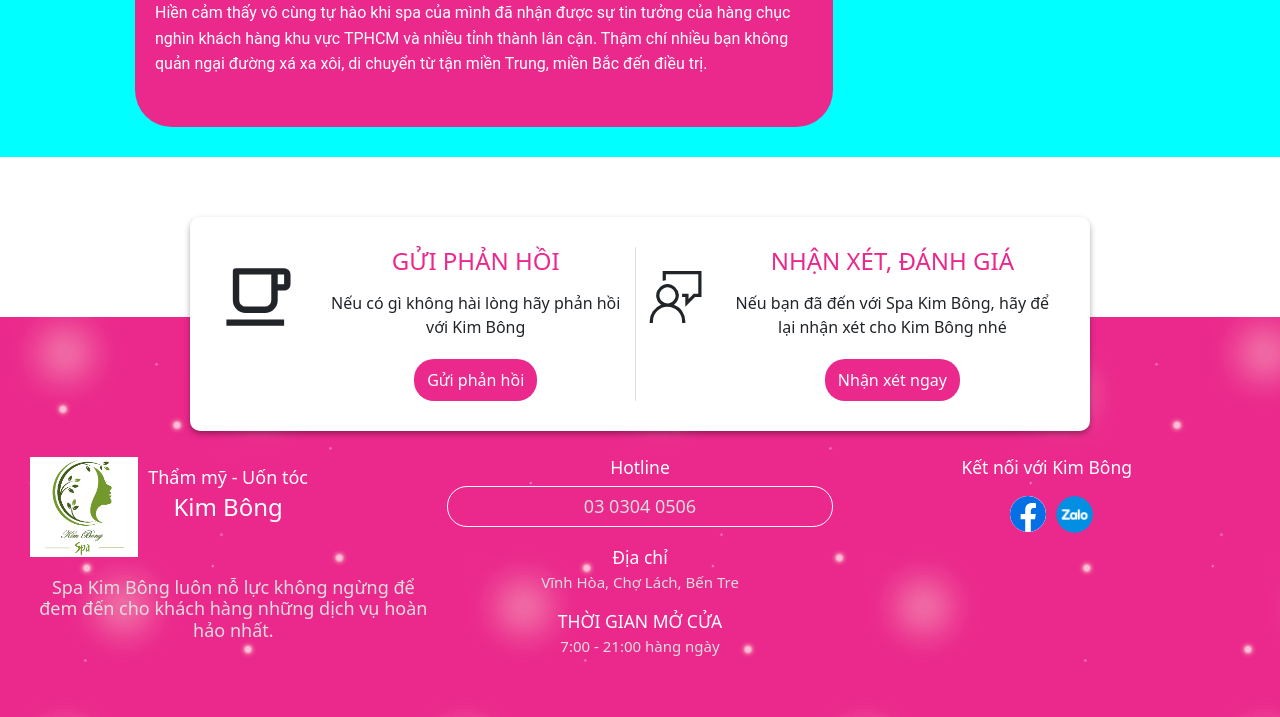
Repository: tranduykhuong/SpaKimBong
Page: /about
The author's editor kept a copy of each file at every save. The page is drawn from the files as they stood at one save, then again after the next save.
The browser window is 1280 px wide. The pictures show the part of the page from y = 938 to 1655 px (the page is 1655 px tall before and 1650 px after).
The project was rebuilt for these pictures with package versions that can differ from the ones it lists, and the page was loaded fresh each time. Also part of the build but not shown: src/components/Header/Slider/slider.scss, src/components/Header/Slider/Slider.js, src/components/Header/ListImage/listImage.scss, src/components/Header/ListImage/ListImage.js, src/pages/Home/home.scss, src/pages/Home/ListImage/listImage.scss, src/pages/Home/ListImage/ListImage.js, src/pages/Home/BookOnline/bookOnl.scss and 6 more.

Above is the page before, as saved 2022-06-02 21:56:21.

### src/App.js
import "./App.css";
import Header from "./components/Header/Header";
import Home from "./pages/Home/Home";
import "bootstrap/dist/css/bootstrap.min.css";
import { Route, Routes } from "react-router-dom";
import About from "./pages/About/About";

function App() {
  return (
    <div className="App">
      <Header />
      <Routes>
        <Route path="/" element={<Home />} />
        <Route path="/about" element={<About />} />
      </Routes>
    </div>
  );
}

export default App;

### src/components/Header/Header.js
import React, { useEffect, useState } from "react";
import "./header.scss";
import { BsSearch, BsFacebook } from "react-icons/bs";
import { BiPhoneCall } from "react-icons/bi";
import Slider from "./Slider/Slider";
import ListImage from "./ListImage/ListImage";
import { Link, useLocation } from "react-router-dom";

function Header() {
  const path = useLocation().pathname;
  const [fixedNavbar, setFixedNavbar] = useState(false);

  useEffect(() => {
    // set fixed navbar
    const handleScroll = () => {
      if (window.scrollY < 1) {
        setFixedNavbar(true);
      }

      if (window.scrollY > 170) setFixedNavbar(true);
      else setFixedNavbar(false);
    };

    window.addEventListener("scroll", handleScroll);

    // cleanup function
    return () => {
      window.removeEventListener("scroll", handleScroll);
    };
  }, []);

  return (
    <div className="header">
      <div className={"infor " + (fixedNavbar ? "mg-navbar" : "")}>
        <div className="logo">
          <img src="../../img/logoSpa.png" alt="" />
          <div className="nameSpa">
            <h4>Thẩm mỹ - Uốn tóc</h4>
            <h2>Kim Bông</h2>
          </div>
        </div>

        <div className="search">
          <input type="text" placeholder="Tìm kiếm sản phẩm/ bài viết ..." />
          <a className="icon">
            <BsSearch className="iconSearch" />
          </a>
        </div>

        <div className="contact">
          <a href="/" className="icon">
            <BsFacebook className="iconFacebook" />
          </a>
          <a href="/" className="icon">
            <img src="../../img/Zalo.png" alt="" className="iconZalo" />
          </a>

          <div className="phone">
            <BiPhoneCall className="iconPhone" />
            <h3>03 0304 0506</h3>
          </div>
        </div>
      </div>
      <div className={"myNavbar " + (fixedNavbar ? "fixedNavbar" : "")}>
        <div className="navbarContent">
          <ul className="navbarList">
            <li className={path === "/" ? "active" : ""}>
              <Link to="/">TRANG CHỦ</Link>
            </li>
            <li className={path === "/about" ? "active" : ""}>
              <Link to="/about">GIỚI THIỆU</Link>
            </li>
            <li className={path === "/skin" ? "active" : ""}>
              <Link to="/">CHĂM SÓC DA</Link>
            </li>
            <li className={path === "/acne" ? "active" : ""}>
              <Link to="/">TRỊ MỤN</Link>
            </li>
            <li className={path === "/open-time" ? "active" : ""}>
              <Link to="/">LỊCH MỞ CỬA</Link>
            </li>
          </ul>
        </div>
      </div>
      {/* <Slider /> */}
      {/* <ListImage /> */}
    </div>
  );
}

export default Header;

### src/pages/About/About.js
import "./About.scss";
import React from "react";
import Footer from "./../../components/Footer/Footer";

const About = () => {
  return (
    <div>
      <div className="container1">
        <div className="container-image"></div>

        <div className="container-content">
          <div className="content-left">
            <div className="title">
              <h1>HIỀN VÂN SPA XUẤT PHÁT TỪ NIỀM ĐAM MÊ & KẾT QUẢ CỦA SỰ NỖ LỰC</h1>
            </div>
            <div className="box">
              <div className="box-content-img">
                <div className="box-img">
                  <img width={200} height={100} src="https://i.pinimg.com/originals/2c/84/5a/2c845a66b8ad2a8aafd288bdc16cd459.jpg"></img>
                </div>
                <div className="box-content">
                  <p>Hiền cảm thấy vô cùng tự hào khi spa của mình đã nhận được sự tin tưởng của hàng chục nghìn khách hàng khu vực TPHCM và nhiều tỉnh thành lân cận. Thậm chí nhiều bạn không quản ngại đường xá xa xôi, di chuyển từ tận miền Trung, miền Bắc đến điều trị.</p>
                </div>
              </div>
            </div>
          </div>
          <div className="image-right"></div>
        </div>
      </div>

      <Footer />
    </div>
  );
};

export default About;

### src/components/Header/header.scss
$height-navbar: 5rem;

.header {
    .mg-navbar {
        margin-bottom: $height-navbar;
    }

    .infor {
        max-width: 1200px;
        padding: .6rem 0;
        display: flex;
        justify-content: space-between;

        .logo {
            display: flex;
            flex: 1;

            img {
                height: 10rem;
            }

            .nameSpa {
                color: #eb288c;
                margin: auto 0;

                h4 {
                    font-size: 1.8rem;
                    font-weight: 500;
                }

                h2 {
                    font-size: 2.4rem;
                }
            }
        }


        .search {
            margin: auto 0;
            border-radius: 50px;
            border: solid .1rem #eb288c;
            height: 37px;
            display: flex;

            input {
                font-size: 1.4rem;
                margin: auto 16px;
                min-width: 26rem;
                border: none;
                outline: none;
            }

            .icon {
                margin: auto 10px;
                cursor: pointer;
            }

            .iconSearch {
                width: 1.8rem;
                height: 1.8rem;
                color: #eb288c;

                &:hover {
                    color: #f867b2;
                }
            }
        }

        .contact {
            display: flex;
            margin-left: 20px;

            .icon {
                margin: auto 0;
                margin-left: 10px;

            }

            .iconFacebook {
                width: 2.8rem;
                height: 2.8rem;
                color: rgba($color: #0570e6, $alpha: 1.0);
            }

            .iconZalo {
                width: 2.8rem;
                height: 2.8rem;
                border-radius: 50%;
            }

            .phone {
                margin: auto 0;
                margin-left: 20px;
                display: flex;

                .iconPhone {
                    width: 2.6rem;
                    height: 2.6rem;
                }

                h3 {
                    font-size: 1.4rem;
                    font-weight: 500;
                    margin: auto 4px;
                }
            }

        }
    }

    .fixedNavbar {
        position: fixed;
        top: 0;
        left: 0;
        z-index: 50;
        width: 100%;
        animation: fixedNavbar 1s forwards;
    }

    @keyframes fixedNavbar {
        from {
            top: -5rem;
            opacity: 0;
        }

        to {
            top: 0;
            opacity: 1;
        }
    }

    .myNavbar {
        height: $height-navbar;
        background-color: #eb288c;

        .navbarContent {
            max-width: 1200px;
            margin: 0 auto;

            .navbarList {
                display: flex;
                margin: 0 1rem;
                // justify-content: space-evenly;

                li {
                    list-style: none;

                    a {
                        line-height: $height-navbar;
                        height: $height-navbar;
                        display: block;
                        color: #fff;
                        font-size: 1.6rem;
                        font-weight: 600;
                        text-decoration: none;
                        padding: 0 2rem;
                    }

                    &:hover {
                        background-color: #f844a1;
                        cursor: pointer;
                    }
                }

                .active {
                    background-color: #dd0876;
                }
            }
        }
    }
}

### src/components/Footer/Footer.js
import React, { useEffect } from "react";
import "./footer.scss";
import { BsFacebook } from "react-icons/bs";
import { RiCupLine } from "react-icons/ri";
import { VscFeedback } from "react-icons/vsc";

const Footer = () => {
  return (
    <div className="footer">
      <div className="logo">
        <div className="info">
          <img src="../../img/logoSpa.png" alt="" />
          <div className="nameSpa">
            <h4>Thẩm mỹ - Uốn tóc</h4>
            <h2>Kim Bông</h2>
          </div>
        </div>

        <h5>
          Spa Kim Bông luôn nỗ lực không ngừng để đem đến cho khách hàng những
          dịch vụ hoàn hảo nhất.
        </h5>
      </div>

      <div className="address">
        <h3>Hotline</h3>
        <div className="hotline">03 0304 0506</div>
        <h3>Địa chỉ</h3>
        <h4>Vĩnh Hòa, Chợ Lách, Bến Tre</h4>
        <h3>THỜI GIAN MỞ CỬA</h3>
        <h4>7:00 - 21:00 hàng ngày</h4>
      </div>
      <div className="contact">
        <h3>Kết nối với Kim Bông</h3>
        <a href="/" className="icon">
          <BsFacebook className="iconFacebook" />
        </a>
        <a href="/" className="icon">
          <img src="../../img/Zalo.png" alt="" className="iconZalo" />
        </a>
      </div>

      <div className="subFooter">
        <div className="report">
          <RiCupLine className="icon" />
          <div>
            <h3>Gửi phản hồi</h3>
            <p>Nếu có gì không hài lòng hãy phản hồi với Kim Bông</p>
            <div className="btn">Gửi phản hồi</div>
          </div>
        </div>
        <div className="feedback">
          <VscFeedback className="icon" />
          <div>
            <h3>Nhận xét, Đánh giá</h3>
            <p>
              Nếu bạn đã đến với Spa Kim Bông, hãy để lại nhận xét cho Kim Bông
              nhé
            </p>
            <div className="btn">Nhận xét ngay</div>
          </div>
        </div>
      </div>
    </div>
  );
};

export default Footer;

### src/pages/About/About.scss
.container1 {
  .container-image {
    width: 100%;
    height: 400px;
    // padding: 5rem;
    // display: flex;
    align-items: center;
    justify-content: center;
    background-image: url("https://i.pinimg.com/originals/2c/84/5a/2c845a66b8ad2a8aafd288bdc16cd459.jpg");
  }

  .container-content {
    display: flex;
    width: 100%;
    background-color: aqua;

    .content-left {
      width: 60%;
      padding: 0 35px 30px;
      margin-left: 100px;
      text-align: left;

      .title {
        margin: 30px 0;
        h1 {
          font-size: 3rem;
          font-weight: bolder;
          line-height: 1.6;
        }
      }

      .box{
        .box-content-img{
          background-color: #eb288c;
          border-radius: 37px;

          .box-img{
            padding: 20px 20px 0 20px;

            img{
              width: 100%;
              height: 200px;
            }
          }

          .box-content{
            padding: 0 20px 40px 20px;

            p{
              font: 16px Roboto, sans-serif;
              line-height: 1.6;
              color: white;
              // font-weight: 500;
            }
          }
        }

      }
    }
  }
}

### src/components/Footer/footer.scss
$title-color: #fff;

.footer {
    background-image: url(../../../public/img/sparkle1.png), url(../../../public/img/sparkle2.png);
    width: 100%;
    height: 400px;
    background-color: #eb288c;
    animation: sparkle 60s linear infinite;
    padding: 14rem 3rem 0;
    display: flex;
    justify-content: space-around;
    position: relative;
    margin-top: 16rem;

    .logo {
        flex: 1;

        .info {
            display: flex;

            img {
                height: 10rem;
            }

            .nameSpa {
                color: $title-color;
                margin: 1rem;

                h4 {
                    font-size: 1.8rem;
                    font-weight: 500;
                }

                h2 {
                    font-size: 2.4rem;
                }
            }
        }

        h5 {
            margin: 2rem .6rem;
            font-size: 1.8rem;
            font-weight: 400;
            color: #ddd;
        }
    }

    .contact {
        flex: 1;

        h3 {
            margin-bottom: 1.8rem;
            color: $title-color;
        }

        .icon {
            margin: auto 0;
            margin-left: 10px;

        }

        .iconFacebook {
            width: 3.6rem;
            height: 3.6rem;
            color: rgba($color: #0570e6, $alpha: 1.0);
            background-color: $title-color;
            border-radius: 50%;
        }

        .iconZalo {
            width: 3.7rem;
            height: 3.7rem;
            border-radius: 50%;
        }
    }

    .address {
        color: #ddd;
        flex: 1;

        h3 {
            // margin-bottom: 2rem;
            color: $title-color;
        }

        h4 {
            margin-bottom: 2rem;
        }

        .hotline {
            padding: .6rem;
            font-size: 1.8rem;
            margin: .8rem 1rem 2rem;
            border: 1px solid $title-color;
            border-radius: 2rem;

            &:hover {
                color: $title-color;
                cursor: pointer;
            }
        }
    }

    @keyframes sparkle {
        0% {
            background-position: 0px 0px, 0px 0px, 0px 0px;
        }

        100% {
            background-position: -500px -1000px, -400px -400px, 300px 300px;
        }
    }

    .subFooter {
        width: 100%;
        max-width: 90rem;
        min-height: 20rem;
        box-shadow: 0 3px 6px -4px rgba(0, 0, 0, 0.2), 0 3px 6px rgba(0, 0, 0, 0.3);

        background-color: #fff;
        border-radius: 1rem;
        z-index: 50;
        top: -10rem;
        left: 50%;
        transform: translateX(-50%);
        position: absolute;
        display: flex;
        padding: 3rem;
        justify-content: space-around;

        .report,
        .feedback {
            display: flex;
            flex: 1;
            justify-content: center;

            h3 {
                text-transform: uppercase;
                font-size: 2.4rem;
                color: #eb288c;
            }

            p {
                font-size: 1.6rem;
                padding: 1rem;
            }

            .icon {
                height: 10rem;
                width: 10rem;
                margin-right: 2rem;
            }

            .btn {
                padding: 0.8rem 1.2rem;
                background-color: #eb288c;
                border-radius: 2rem;
                font-size: 1.6rem;
                color: #fff;

                &:hover {
                    background-color: #cc1574;
                }
            }
        }

        .report {
            border-right: 1px solid #ddd;
        }

        .feedback {
            margin-left: 1rem;
        }
    }
}

Loaded but not shown: public/index.html (common file); src/index.js (common file); src/index.css (common file); src/reportWebVitals.js (common file); src/App.css (common file)

After the next save:
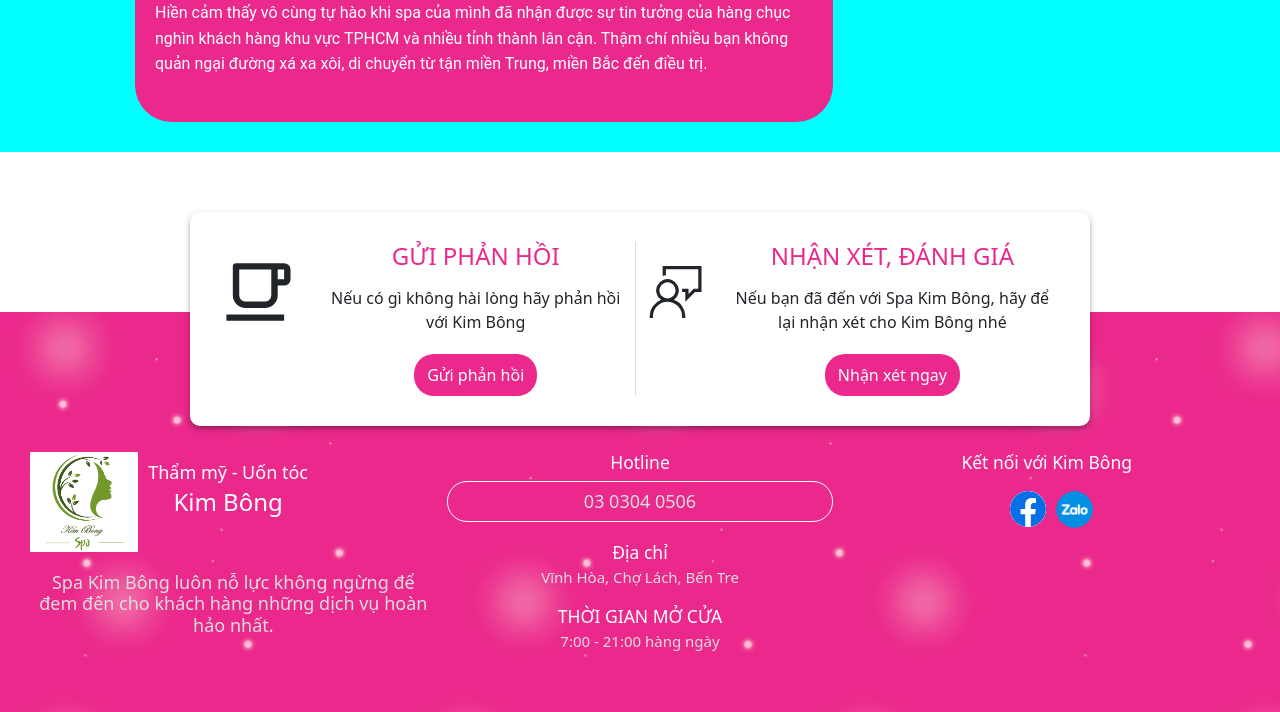
Saved 17 s later.
--- a/src/pages/About/About.scss
+++ b/src/pages/About/About.scss
@@ -44,7 +44,7 @@
           }
 
           .box-content{
-            padding: 0 20px 40px 20px;
+            padding: 0 20px 35px 20px;
 
             p{
               font: 16px Roboto, sans-serif;
